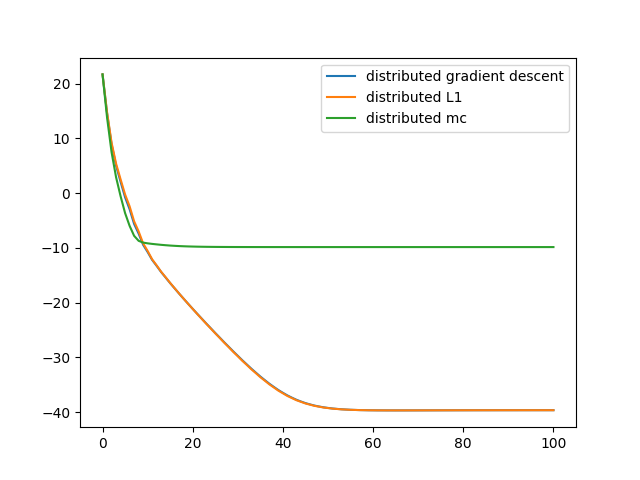
Repository: komuro-zero/distributed-optimization
Script's output: python main_weakly_sparse.py
An editor plug-in stored every save of this project. The script's output is shown before and after the next save, followed by the edit.
Random numbers start from a fixed seed.

Above is the script's output before, as saved 2019-09-25 09:05:01.

After the next save:
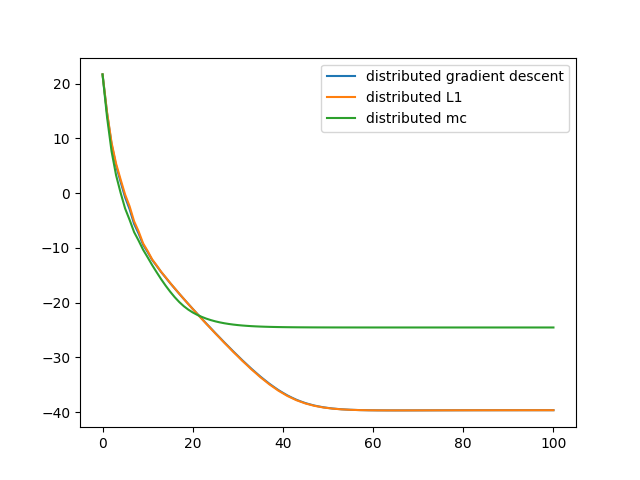
Saved 117 s later.
--- a/main_weakly_sparse.py
+++ b/main_weakly_sparse.py
@@ -15,7 +15,7 @@ class distributed_updates(functions):
         self.r_i = 30
         self.iteration = 100
         self.sparsity_percentage = 0.2
-        self.lamb = 10**-1
+        self.lamb = 10**-2
         self.eta = 0.2
         self.rho = self.lamb*(0.1**2)
         if self.lamb/self.rho <= self.eta*self.lamb:
